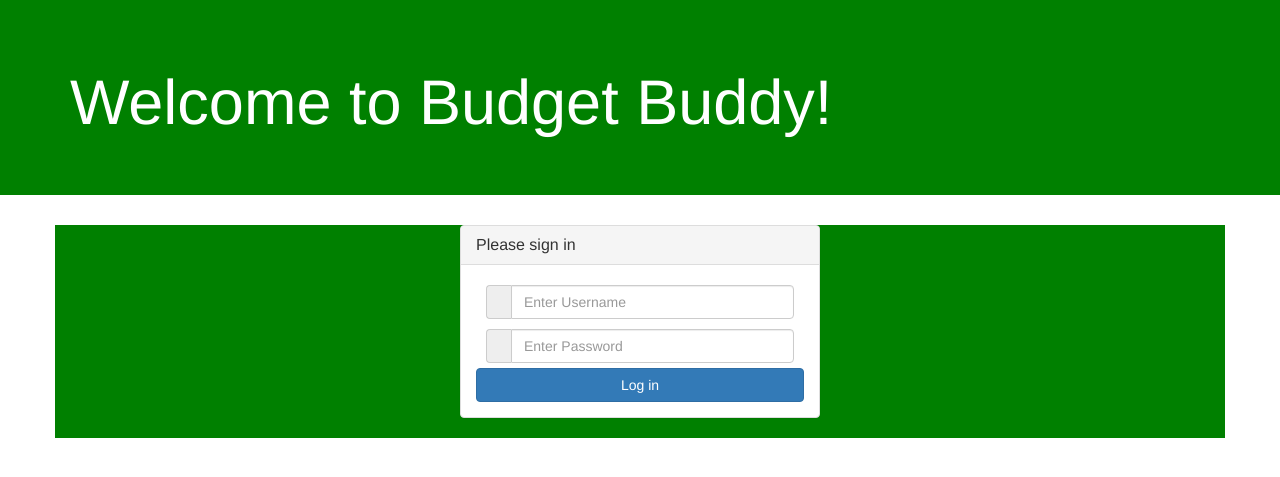
Repository: jdfost1/BudgetBuddy
Page: http://localhost/budgetbuddy/login
An editor plug-in stored every save of this project. The page is shown before and after the next save, followed by the edit.
The browser window is 1280 px wide. The pictures show the whole page.
Some web libraries are served in a nearby version. The page is served by Tomcat 9. Other server files are loaded and not shown.

Above is the page before, as saved 2018-10-09 06:39:27.

### budgetbuddy/src/main/webapp/WEB-INF/jsp/login.jsp
<%@ taglib prefix="c" uri="http://java.sun.com/jsp/jstl/core"%>
<%@ taglib prefix="form" uri="http://www.springframework.org/tags/form"%>
<%@ taglib prefix="spring" uri="http://www.springframework.org/tags"%>
<!DOCTYPE html>
<html>
<style type="text/css">
#section{
background-color:black;
}
#jumbo{
background-color:green;
}
.jumbotron{
background-color:green;
}
.container{
background-color:green;
color:white;
}
body{
background-color:green;
}
head{
background-color:green;
color:white;
}
</style>
<head>
<meta http-equiv="Content-Type" content="text/html; charset=ISO-8859-1">
<link rel="stylesheet"
   href="//netdna.bootstrapcdn.com/bootstrap/3.0.0/css/bootstrap.min.css">
<title>Budget Buddy Login</title>
</head>
<body>
   <section>
      <div id="jumbo"class="jumbotron">
         <div class="container">
            <h1>Welcome to Budget Buddy!</h1>

         </div>
      </div>
   </section>
   <div class="container">
      <div class="row">
         <div class="col-md-4 col-md-offset-4">
            <div class="panel panel-default">
               <div class="panel-heading">
                  <h3 class="panel-title">Please sign in</h3>
               </div>
               <div class="panel-body">
<c:url var="loginUrl" value="/login" />
                  <form action="${loginUrl}" method="post" class="form-horizontal">

                     <c:if test="${param.error != null}">
                        <div class="alert alert-danger">
                           <p>Invalid username and password.</p>
                        </div>
                     </c:if>

                     <c:if test="${param.logout != null}">
                        <div class="alert alert-success">
                           <p>You have been logged out successfully.</p>
                        </div>
                     </c:if>

                     <c:if test="${param.accessDenied != null}">
                        <div class="alert alert-danger">
                           <p>Access Denied: You are not authorised! </p>
                        </div>
                     </c:if>

                     <div class="input-group input-sm">
                        <label class="input-group-addon" for="username"><i
                           class="fa fa-user"></i></label> <input type="text" class="form-control"
                           id="userId" name="userId" placeholder="Enter Username"
                           required>
                     </div>
                     <div class="input-group input-sm">
                        <label class="input-group-addon" for="password"><i
                           class="fa fa-lock"></i></label> <input type="password"
                           class="form-control" id="password" name="password"
                           placeholder="Enter Password" required>
                     </div>

                     <div class="form-actions">
                        <input type="submit"
                           class="btn btn-block btn-primary btn-default" value="Log in">
                     </div>
                  </form>
               </div>
            </div>
         </div>
      </div>
   </div>
</body>

After the next save:
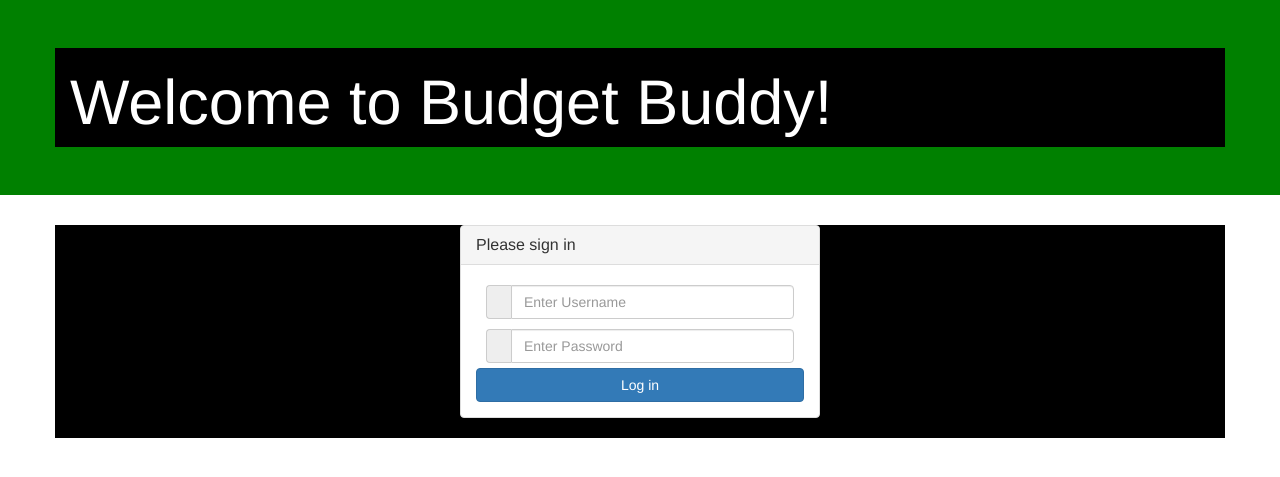
Saved 40 s later.
--- a/budgetbuddy/src/main/webapp/WEB-INF/jsp/login.jsp
+++ b/budgetbuddy/src/main/webapp/WEB-INF/jsp/login.jsp
@@ -10,11 +10,9 @@ background-color:black;
 #jumbo{
 background-color:green;
 }
-.jumbotron{
-background-color:green;
-}
+
 .container{
-background-color:green;
+background-color:black;
 color:white;
 }
 body{
